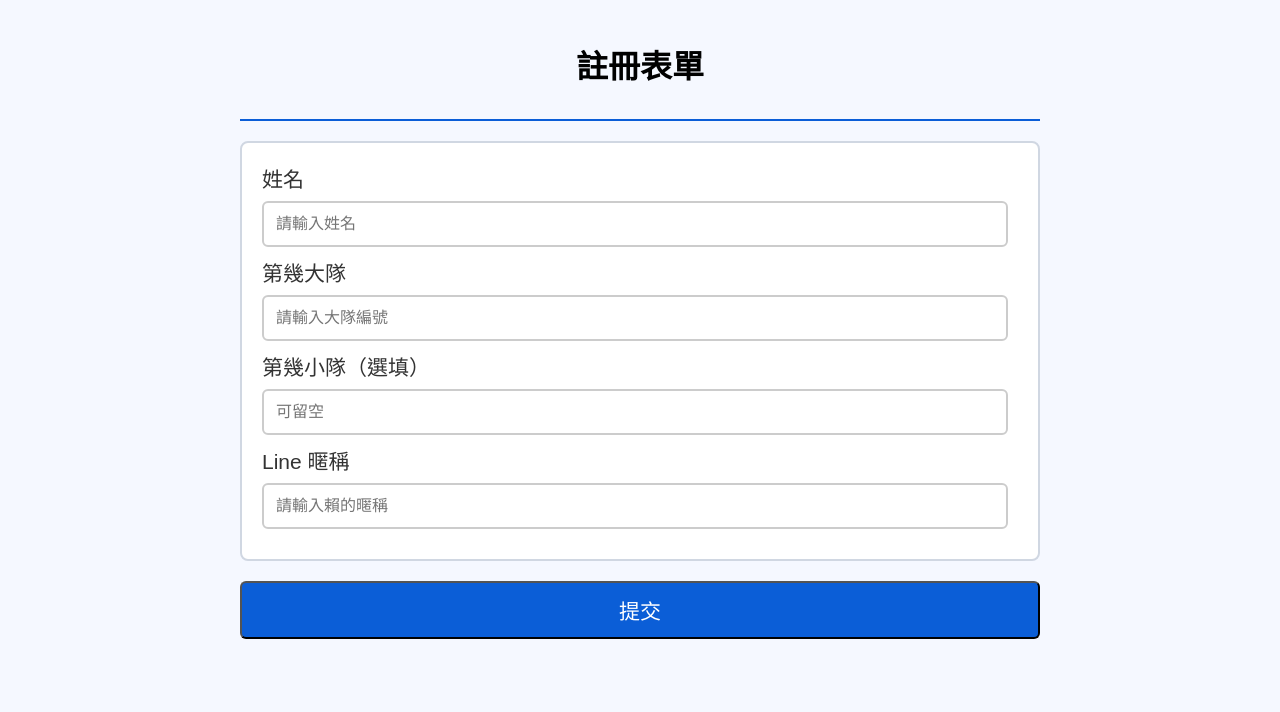
Repository: mommygoose40/register
Page: index.html
These files come from the project's save history. The page is drawn as it stood at one moment and after the next save; the edit follows.
The browser window is 1280 px wide. The pictures show the whole page.

Above is the page before, as saved 2025-11-11 15:57:53.

### index.html
<!DOCTYPE html>
<html lang="zh-TW">
<head>
  <meta charset="UTF-8">
  <meta name="viewport" content="width=device-width, initial-scale=1.0">
  <title>防汛志工註冊表單</title>
  <style>
    /* === 基本排版設定 === */
    body {
      font-family: Arial, sans-serif;
      background-color: #f5f8ff;  /* 背景顏色 */
      color: #000;                /* 文字顏色 */
      margin: 0;
      padding: 0;
    }

    /* 內容區域的最大寬度 */
    .container {
      max-width: 800px;
      margin: 0 auto;   /* 居中 */
      padding: 20px;
    }

    /* 頁面標題樣式 */
    .header {
      text-align: center;
      color: #000;
      border-bottom: 2px solid #0b5ed7; /* 底部藍色邊框 */
      padding-bottom: 10px;
      margin-bottom: 20px;
    }

    /* 步驟標題樣式 */
    .step-title {
      font-weight: 700;
      font-size: 22px;
      color: #000;
      margin-bottom: 14px;
    }

    /* 表單區塊樣式 */
    .form-section {
      background: white;
      border-radius: 8px;
      border: 2px solid #d0d7e2;  /* 輕灰色邊框 */
      padding: 20px;
      margin-bottom: 20px;
    }

    /* 輸入框的樣式 */
    label {
      font-size: 21px;  /* 文字大小與異常類型選項一致 */
      color: #333;
      margin-bottom: 8px;
      display: inline-block;
    }

    input[type="text"],
    input[type="number"] {
      padding: 12px;
      width: 95%;
      border: 2px solid #ccc;
      border-radius: 6px;
      font-size: 16px;
      margin-bottom: 10px;
    }

    /* 按鈕樣式 */
    .ui-btn {
      display: inline-flex;
      align-items: center;
      justify-content: center;
      padding: 10px 18px;          /* 按鈕間距 */
      margin: 6px 4px;             /* 按鈕外邊距 */
      background: #0b5ed7;         /* 藍色按鈕背景顏色 */
      color: #fff;                 /* 文字顏色 */
      border: none;                /* 去除邊框 */
      border-radius: 6px;          /* 圓角設計 */
      font-size: 21px;             /* 字體大小 */
      cursor: pointer;
    }

    .ui-btn:active {
      filter: brightness(0.7);  /* 按鈕被按下時的亮度變暗效果 */
    }

    /* 提交按鈕 */
    .submit-btn {
      background: #0b5ed7;
      font-size: 21px;
      color: white;
      padding: 12px 18px;
      border-radius: 6px;
      cursor: pointer;
      width: 100%;
    }

    .submit-btn:hover {
      background: #0a4a91;
    }

  </style>
</head>

<body>
  <div class="container">
    <div class="header">
      <h1>註冊表單</h1>
    </div>

    <div class="form-section">
      <label for="name">姓名</label>
      <input type="text" id="name" name="name" placeholder="請輸入姓名" required>

      <label for="division">第幾大隊</label>
      <input type="number" id="division" name="division" placeholder="請輸入大隊編號" required>

      <label for="team">第幾小隊（選填）</label>
      <input type="number" id="team" name="team" placeholder="可留空">

      <label for="lineName">Line 暱稱</label>
      <input type="text" id="lineName" name="lineName" placeholder="請輸入賴的暱稱" required>
    </div>

    <div style="text-align: center;">
      <button class="submit-btn" type="submit">提交</button>
    </div>
  </div>
</body>
</html>

After the next save:
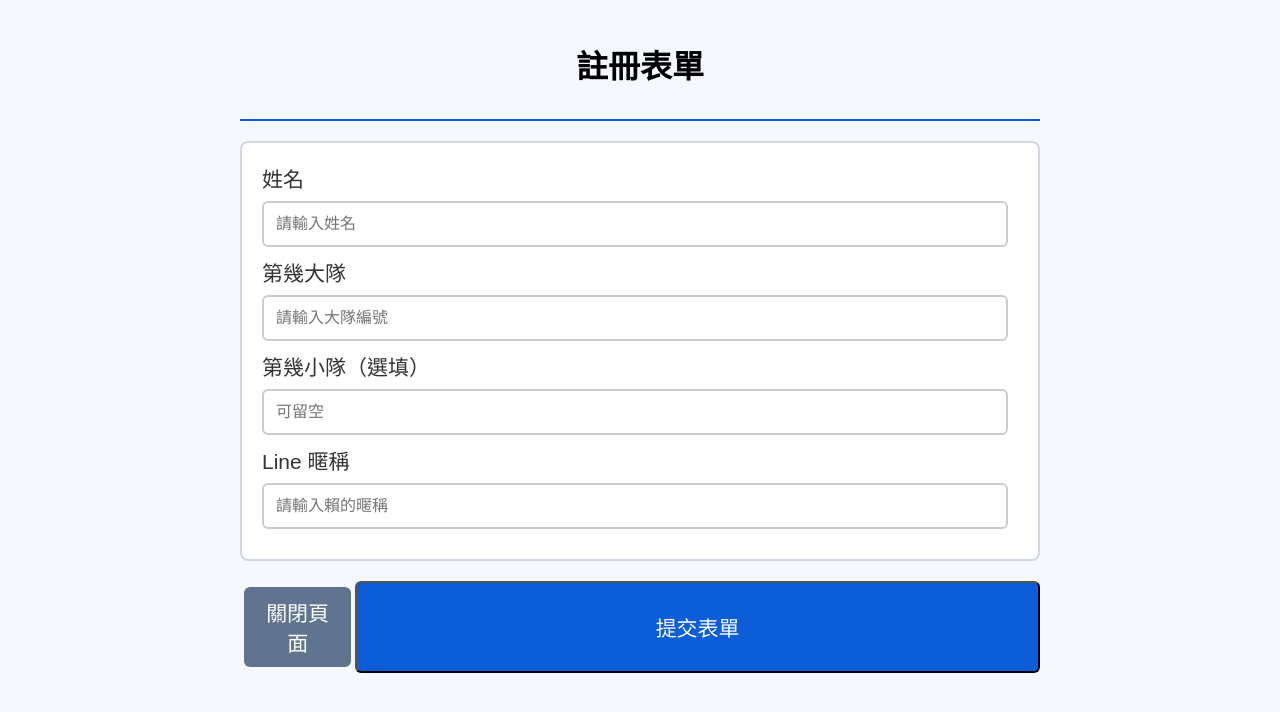
Saved 14 min 55 s later.
--- a/index.html
+++ b/index.html
@@ -84,6 +84,11 @@
       filter: brightness(0.7);  /* 按鈕被按下時的亮度變暗效果 */
     }
 
+    /* 灰色型按鈕 */
+    .ui-btn.gray {
+      background: #60748f;
+    }
+
     /* 提交按鈕 */
     .submit-btn {
       background: #0b5ed7;
@@ -122,9 +127,97 @@
       <input type="text" id="lineName" name="lineName" placeholder="請輸入賴的暱稱" required>
     </div>
 
-    <div style="text-align: center;">
-      <button class="submit-btn" type="submit">提交</button>
+    <!-- 按鈕區域 -->
+    <div style="display: flex; justify-content: space-between;">
+      <button class="ui-btn gray" onclick="window.close()">關閉頁面</button>
+      <button class="submit-btn" type="submit" onclick="submitForm()">提交表單</button>
     </div>
   </div>
+
+  <script>
+    function submitForm() {
+  const name = document.getElementById('name').value;
+  const division = document.getElementById('division').value;
+  const team = document.getElementById('team').value;
+  const lineName = document.getElementById('lineName').value;
+
+  const formData = new FormData();
+  formData.append('姓名', name);       // 使用中文鍵名
+  formData.append('大隊', division);   // 使用中文鍵名
+  formData.append('小隊', team);       // 使用中文鍵名
+  formData.append('Line 暱稱', lineName);  // 使用中文鍵名
+
+  fetch('https://script.google.com/macros/s/AKfycbywyP0GiL3xSz5sOEptSGQIKCjPYzUU1GMwM2aUQtJe3eCY9KIV-d21kbnIAUh6e_7m/exec', {
+    method: 'POST',
+    body: formData
+  })
+  .then(response => response.json())
+  .then(data => {
+    if (data.status === 'success') {
+      showMessage('提交成功！註冊結果請等候管理員確認');
+    } else {
+      showMessage('提交失敗，請稍後再試');
+    }
+  })
+  .catch(error => {
+    console.error('Error:', error);
+    showMessage('提交失敗，請稍後再試');
+  });
+}
+
+function showMessage(text, onConfirm) {
+  document.getElementById("customModal")?.remove();
+  const overlay = document.createElement("div");
+  overlay.id = "customModal";
+  Object.assign(overlay.style, {
+    position: "fixed",
+    inset: "0",
+    background: "rgba(0,0,0,0.6)",
+    display: "flex",
+    alignItems: "center",
+    justifyContent: "center",
+    zIndex: "9999",
+  });
+  const box = document.createElement("div");
+  Object.assign(box.style, {
+    background: "#fff",
+    color: "#000",
+    borderRadius: "12px",
+    padding: "30px 40px",
+    fontSize: "22px",
+    textAlign: "center",
+    maxWidth: "80%",
+    boxShadow: "0 4px 20px rgba(0,0,0,0.3)",
+  });
+  box.innerHTML = text;
+
+  const btn = document.createElement("button");
+  btn.textContent = "確定";
+  Object.assign(btn.style, {
+    marginTop: "24px",
+    fontSize: "20px",
+    padding: "10px 28px",
+    borderRadius: "8px",
+    border: "none",
+    background: "#0b5ed7",
+    color: "#fff",
+  });
+
+  // ← 只改這段：先移除視窗，連續兩次 rAF 確保完成重繪，再執行 onConfirm（開相簿）
+  btn.onclick = () => {
+    overlay.remove();
+    requestAnimationFrame(() => {
+      requestAnimationFrame(() => {
+        if (typeof onConfirm === "function") onConfirm();
+      });
+    });
+  };
+
+  box.appendChild(document.createElement("br"));
+  box.appendChild(btn);
+  overlay.appendChild(box);
+  document.body.appendChild(overlay);
+}
+  </script>
 </body>
 </html>
